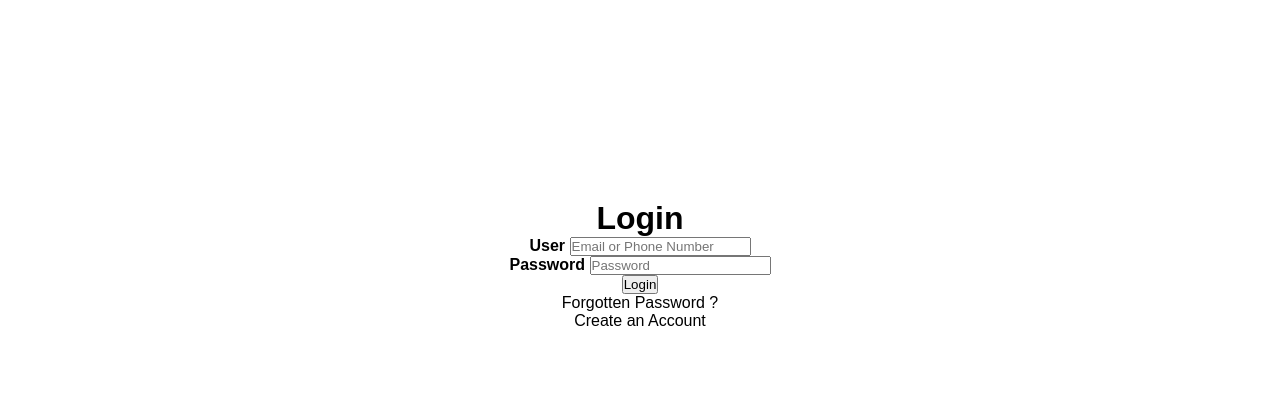
Repository: Naohonproject/web101x02_asm1
Page: login.html
The author's editor kept a copy of each file at every save. The page is drawn from the files as they stood at one save, then again after the next save.
The browser window is 1280 px wide. The pictures show the whole page.

Above is the page before, as saved 2022-01-15 23:29:07.

After the next save:
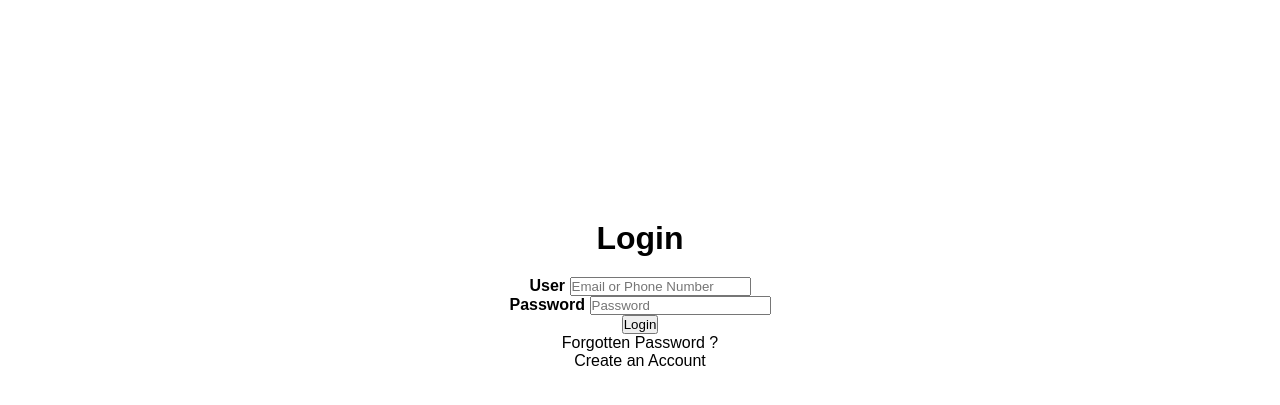
Saved 10 s later.
--- a/assets/css/style.css
+++ b/assets/css/style.css
@@ -193,6 +193,6 @@ a {
 	top: 200px;
 }
 
-.form .login {
+.form .logo {
 	padding: 20px 40px;
 }
